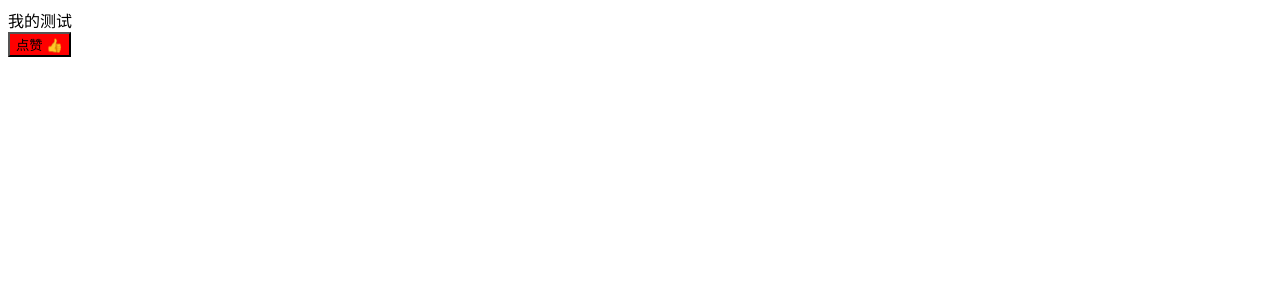
Repository: tongshoutongjiao/reactBook-Project
Page: reactBook/r5.html
An editor plug-in stored every save of this project. The page is shown before and after the next save, followed by the edit.
The browser window is 1280 px wide. The pictures show the whole page.

Above is the page before, as saved 2021-09-02 15:27:34.

After the next save:
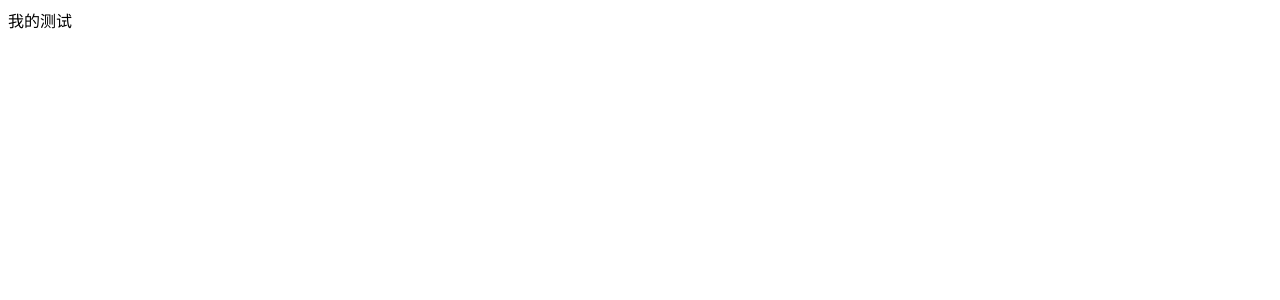
Console error: TypeError: Cannot read properties of undefined (reading 'bgColor')
Saved 26 s later.
--- a/reactBook/r5.html
+++ b/reactBook/r5.html
@@ -25,7 +25,7 @@
         class Component {
 
             constructor(props = {}) {
-                this.props = props
+                // this.props = props
             }
 
 

After the 2 saves that followed:
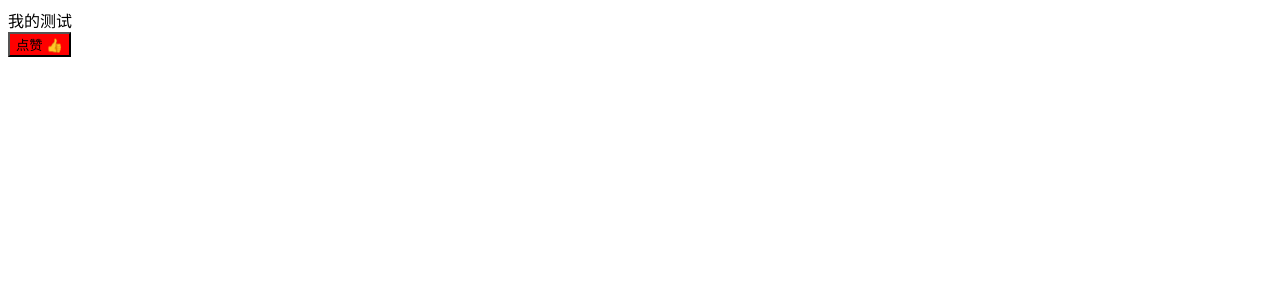
The error is gone.
The 2 saves are shown as one change because 1 left the picture as it was.
The last was saved 2 min 16 s later.
--- a/reactBook/r5.html
+++ b/reactBook/r5.html
@@ -25,7 +25,8 @@
         class Component {
 
             constructor(props = {}) {
-                // this.props = props
+                // console.log(props)
+                this.props = props
             }
 
 
